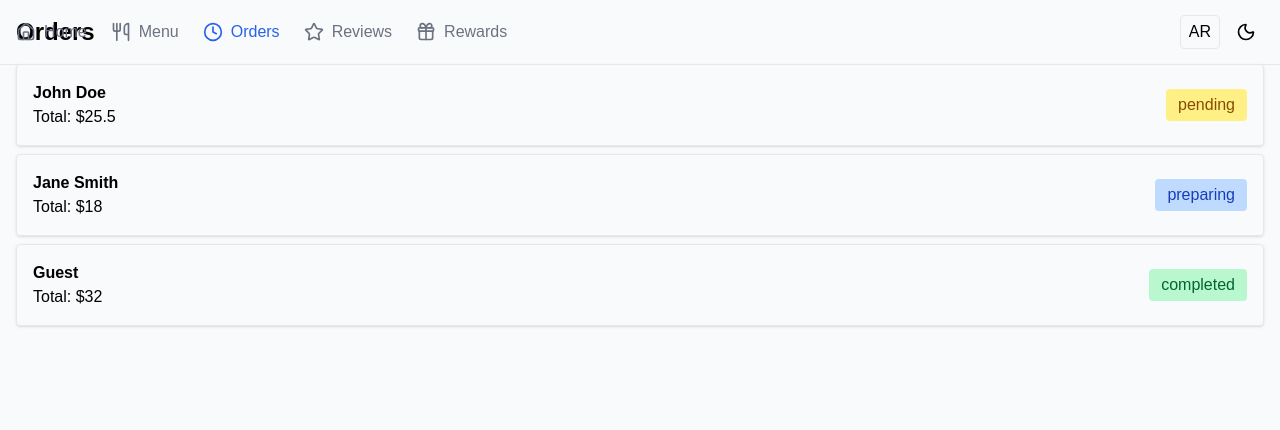
Repository: GraduationMERN/restaurant-system
Page: /orders (app in client/)
An editor plug-in stored every save of this project. The page is shown before and after the next save, followed by the edit.
The browser window is 1280 px wide. The pictures show the whole page.
The project was rebuilt for these pictures with package versions that can differ from the ones it lists, and the page was loaded fresh each time. Also part of the build but not shown: client/vite.config.js, client/src/pages/ReviewsPage.jsx, client/src/pages/LandingPage.jsx, client/src/pages/RewardPage.jsx, client/src/components/ui/badge/Badge.jsx, client/src/components/ecommerce/EcommerceMetrics.jsx, client/src/components/ui/dropdown/Dropdown.jsx, client/src/components/ui/dropdown/DropdownItem.jsx and 30 more. Imported but missing from the stored project, and not drawn on this page: client/src/components/form/input/InputField, client/src/pages/admin/UserProfiles.

Above is the page before, as saved 2025-11-29 02:05:43.

After the next save:
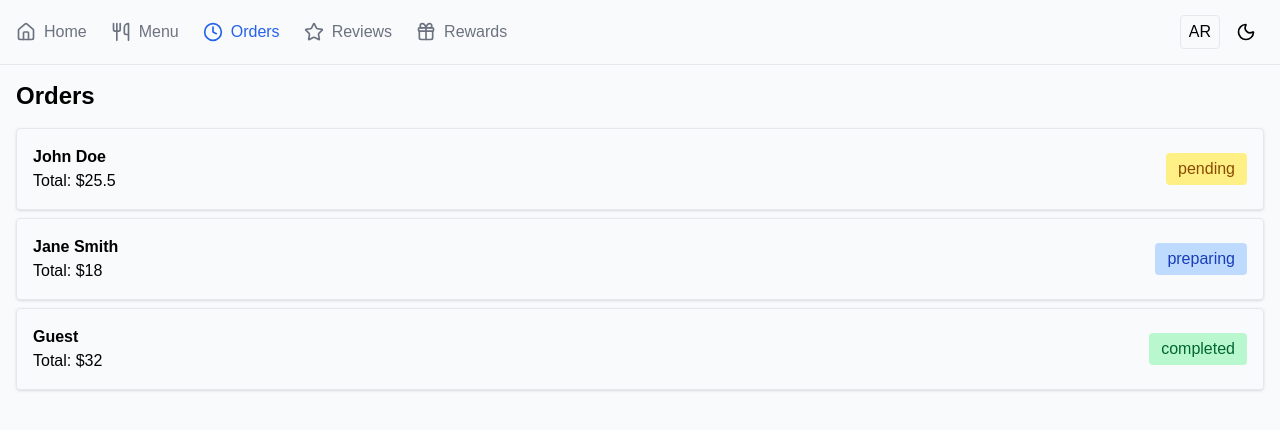
Saved 18 s later.
--- a/client/src/components/Layout.jsx
+++ b/client/src/components/Layout.jsx
@@ -7,21 +7,23 @@ export default function Layout({ children }) {
   const isAdmin = location.pathname.startsWith("/admin");
 
   return (
-    <div className="min-h-screen w-full flex flex-col bg-default">
-      {/* Desktop Top Navbar */}
+    <div className="min-h-screen">
+      {/* Desktop horizontal navbar */}
       {!isAdmin && <DesktopNav />}
 
       {/* Main content */}
-      <div className="w-full flex justify-center">
+      <div className={`w-full flex justify-center ${!isAdmin ? "pt-16" : ""}`}>
         <div className="w-full max-w-xl px-4 md:max-w-none md:px-0">
           {children}
         </div>
       </div>
 
-      {/* Mobile Bottom Navbar */}
+      {/* Mobile bottom navbar */}
       {!isAdmin && (
-        <div className="w-full max-w-xl mx-auto h-16 flex justify-between items-center px-4 md:hidden">
-          <Navbar />
+        <div className="md:hidden fixed bottom-0 left-0 right-0 bg-background border-t z-50">
+          <div className="w-full max-w-xl mx-auto h-16 flex justify-between items-center px-4">
+            <Navbar />
+          </div>
         </div>
       )}
     </div>
